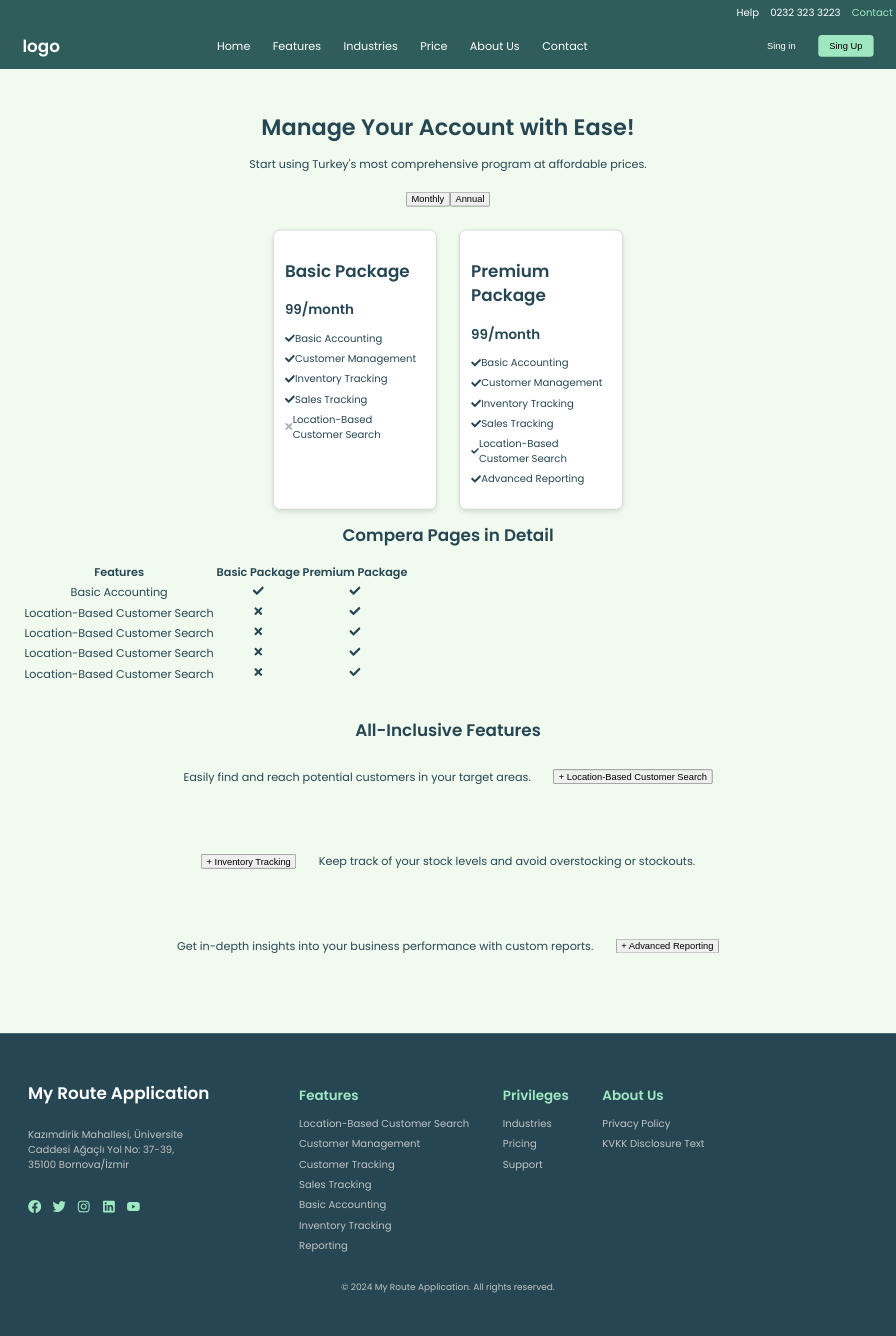
Repository: senolinanyasar/myrouteapplication
Page: /pricing
An editor plug-in stored every save of this project. The page is shown before and after the next save, followed by the edit.
The browser window is 1280 px wide. The pictures show the whole page, at 70% of full size.
The project was rebuilt for these pictures with package versions that can differ from the ones it lists, and the page was loaded fresh each time. Also part of the build but not shown: vite.config.js, src/components/HeroSection.css, src/components/HeroSection.js, src/components/FeaturesSection.js, src/components/PricingSection.css, src/components/PricingSection.js, src/components/SupportSection.css, src/components/SupportSection.js and 3 more.

Above is the page before, as saved 2024-11-15 21:01:33.

After the next save:
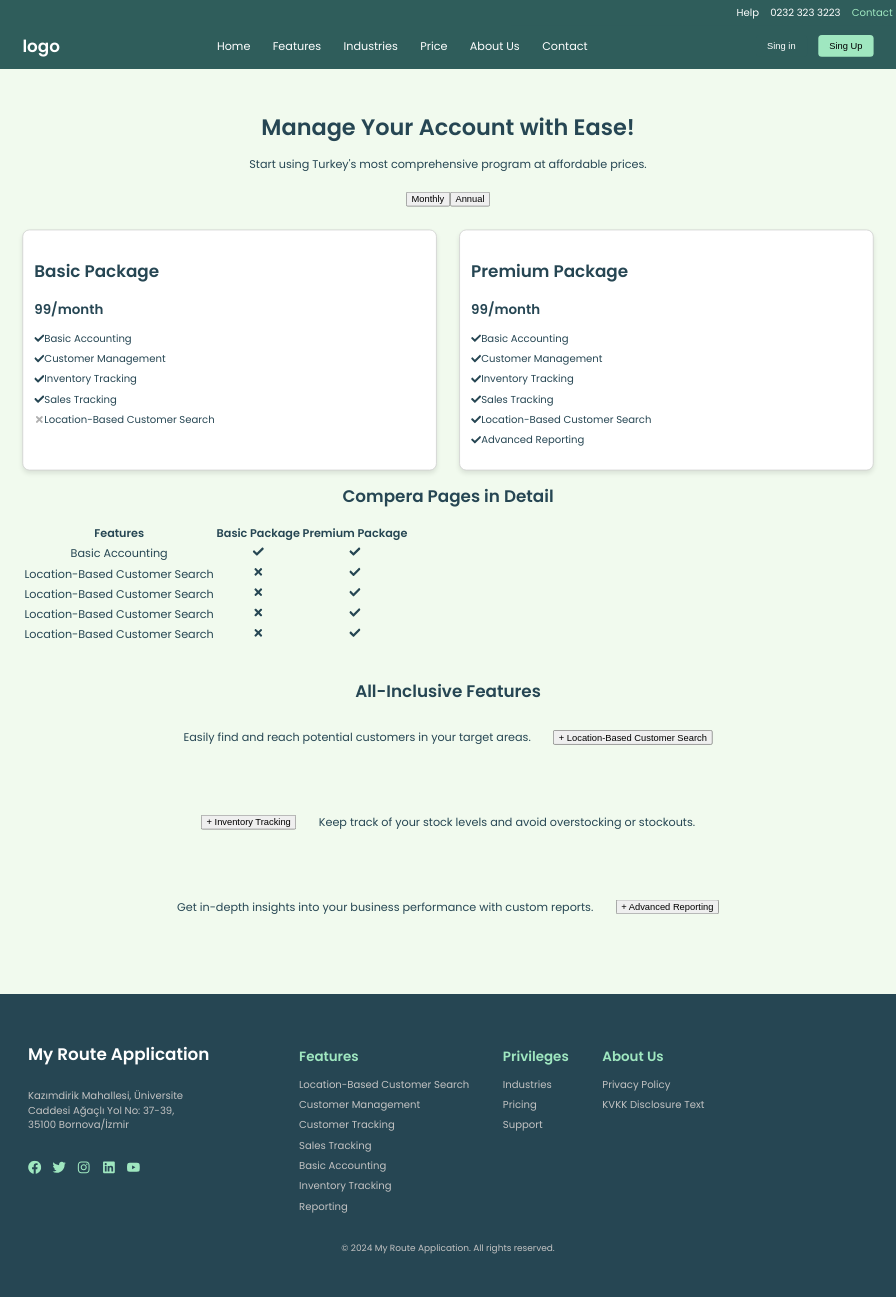
Saved 103 s later.
--- a/src/components/PricingPage.css
+++ b/src/components/PricingPage.css
@@ -39,7 +39,7 @@
     border: 1px solid #ccc;
     border-radius: 10px;
     padding: 1rem;
-    width: 200px;
+    width: 2000px;
     text-align: left;
     background-color: #ffffff;
     box-shadow: 0px 4px 8px rgba(0, 0, 0, 0.1);
@@ -102,9 +102,6 @@
     margin-top: 1rem;
 }
 
-.feture{
-    margin-top: 1rem;
-}
 
 .feture-toggle{
     background: none;
